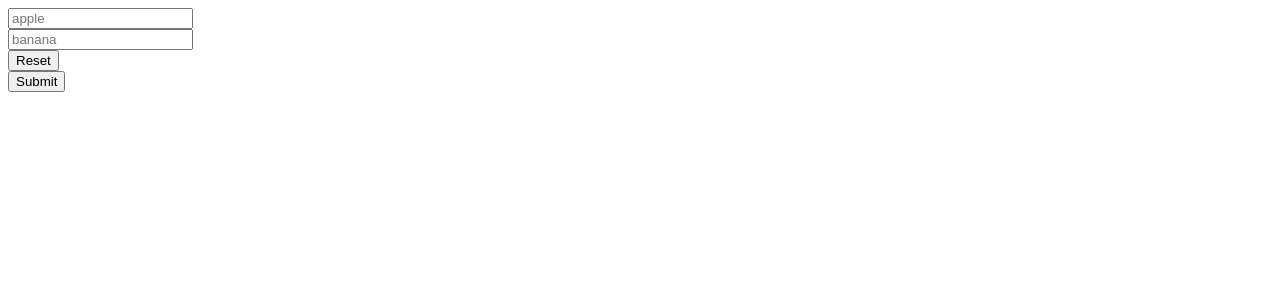
Repository: jjjjjjji-hun/jsp_practice
Page: http://localhost/JSPBasic/jspObject/1.requests/req_param_send.jsp
An editor plug-in stored every save of this project. The page is shown before and after the next save, followed by the edit.
The browser window is 1280 px wide. The pictures show the whole page.
The page is served by Tomcat 9.

Above is the page before, as saved 2022-02-03 06:11:33.

After the next save:
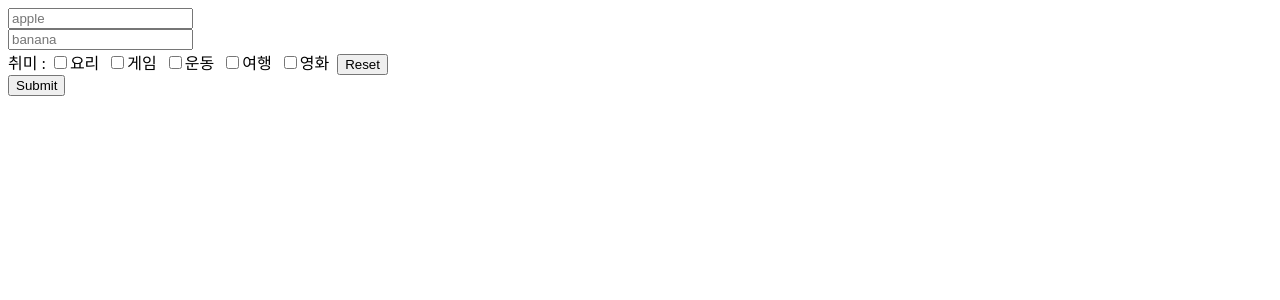
Saved 11 s later.
--- a/JSPBasic/src/main/webapp/jspObject/1.requests/req_param_send.jsp
+++ b/JSPBasic/src/main/webapp/jspObject/1.requests/req_param_send.jsp
@@ -18,6 +18,13 @@ form의 action이 바로 목적지를 적는 부분임
 	<input type="text" name="apple" placeholder="apple"/><br/>
 	<input type="password" name="banana" placeholder="banana"/><br/>
 
+	취미 :
+	<input type="checkbox" name="hobby">요리&nbsp;
+	<input type="checkbox" name="hobby">게임&nbsp;
+	<input type="checkbox" name="hobby">운동&nbsp;
+	<input type="checkbox" name="hobby">여행&nbsp;
+	<input type="checkbox" name="hobby">영화&nbsp;
+
 	<input type="reset" /><br/>
 	<input type="submit" />
 	</form>
